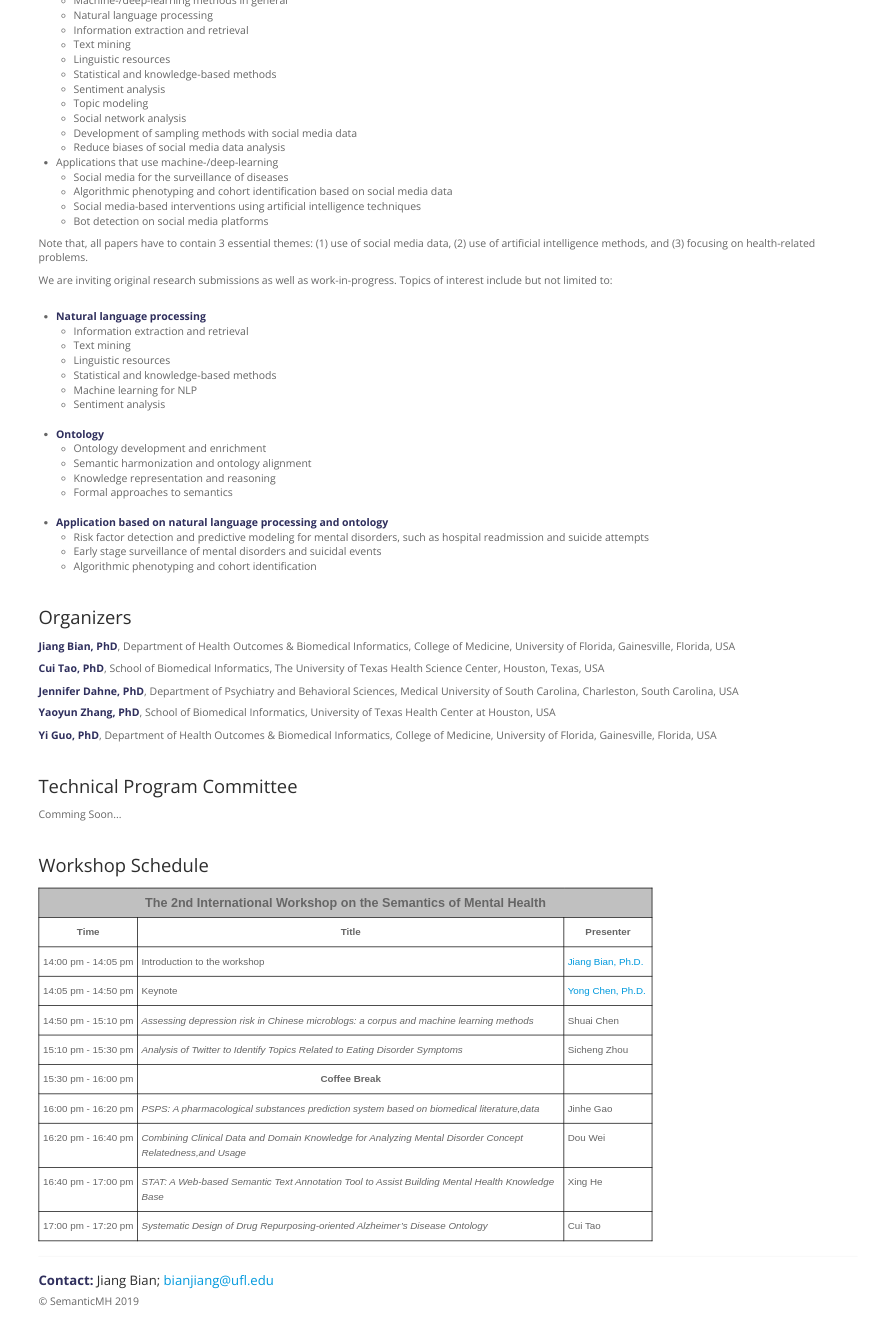
Repository: bianjiang/semantics-powered.org
Page: ISSWHR-2020/index.html
An editor plug-in stored every save of this project. The page is shown before and after the next save, followed by the edit.
The browser window is 1280 px wide. The pictures show the part of the page from y = 1133 to 3053 px (the page is 3053 px tall before and 2612 px after), at 70% of full size.
Some web libraries are served in a nearby version.

Above is the page before, as saved 2019-10-26 17:01:58.
Console error (its wording comes from the project's code and is left out).

After the next save:
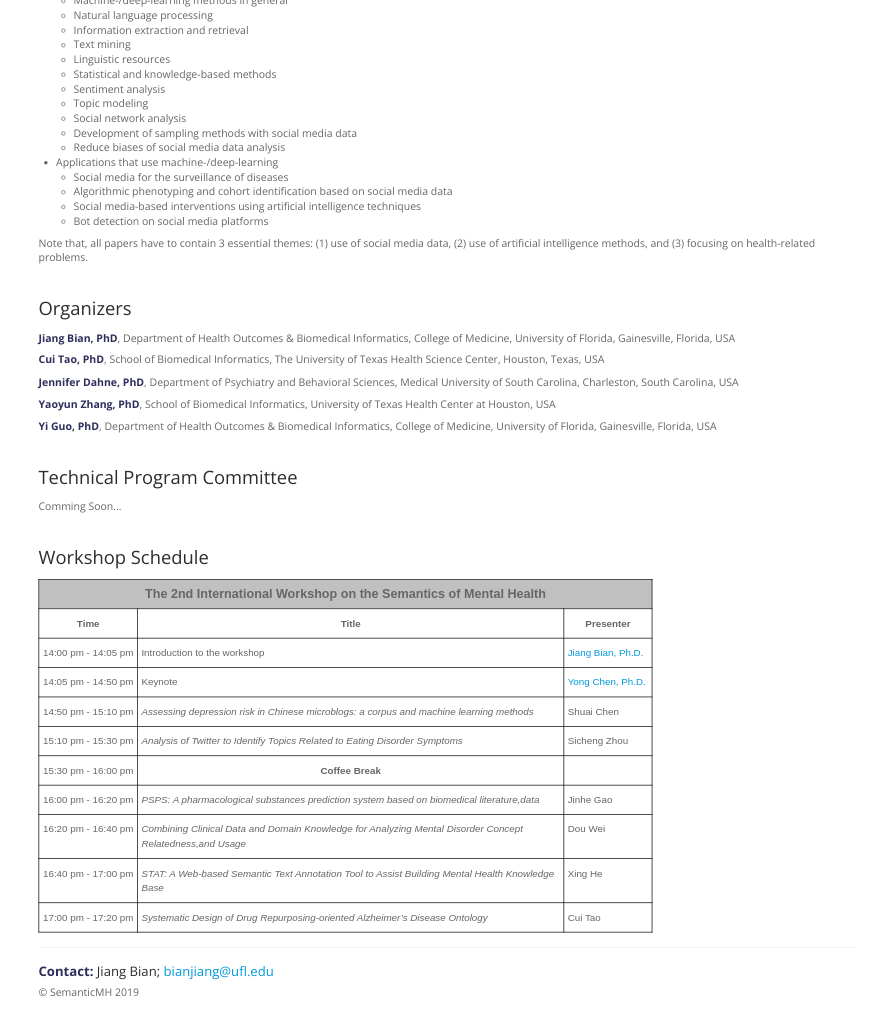
Saved 12 s later.
--- a/ISSWHR-2020/index.html
+++ b/ISSWHR-2020/index.html
@@ -219,42 +219,7 @@
             </li>
           </ul>
           <p>Note that, all papers have to contain 3 essential themes: (1) use of social media data, (2) use of artificial intelligence methods, and (3) focusing on health-related problems.</p>
-          <p>We are inviting original research submissions as well as work-in-progress.
-            Topics of interest include but not limited to:
-          </p>
-          <br>
-          <ul>
-            <li>
-              <b>Natural language processing</b>
-              <ul>
-                <li>Information extraction and retrieval </li>
-                <li>Text mining</li>
-                <li>Linguistic resources</li>
-                <li>Statistical and knowledge-based methods</li>
-                <li>Machine learning for NLP</li>
-                <li>Sentiment analysis</li>
-              </ul>
-            </li>
-            <br>
-            <li>
-              <b>Ontology</b>
-              <ul>
-                <li>Ontology development and enrichment </li>
-                <li>Semantic harmonization and ontology alignment</li>
-                <li>Knowledge representation and reasoning</li>
-                <li>Formal approaches to semantics</li>
-              </ul>
-            </li>
-            <br>
-            <li>
-              <b>Application based on natural language processing and ontology</b>
-              <ul>
-                <li>Risk factor detection and predictive modeling for mental disorders, such as hospital readmission and suicide attempts</li>
-                <li>Early stage surveillance of mental disorders and suicidal events </li>
-                <li>Algorithmic phenotyping and cohort identification </li>
-              </ul>
-            </li>
-          </ul>
+
 
 
         </div>
